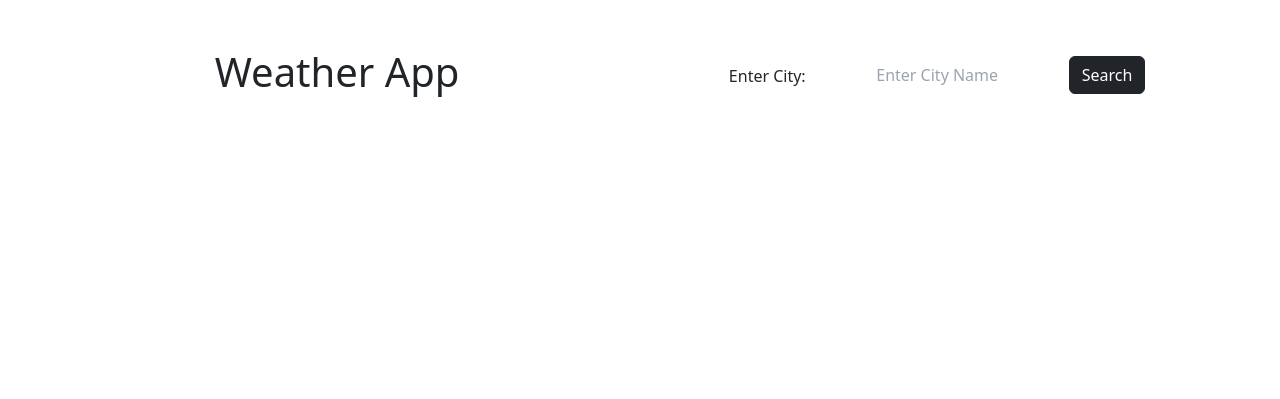
Repository: bhaveshtrades/weatherapp
Page: /
An editor plug-in stored every save of this project. The page is shown before and after the next save, followed by the edit.
The browser window is 1280 px wide. The pictures show the whole page.
The project was rebuilt for these pictures with package versions that can differ from the ones it lists, and the page was loaded fresh each time. Also part of the build but not shown: src/components/DetailedWeather.jsx, src/components/HourlyForecast.jsx.

Above is the page before, as saved 2023-01-25 00:56:25.

### public/index.html
<!DOCTYPE html>
<html lang="en">
  <head>
    <meta charset="utf-8" />
    <link rel="icon" href="%PUBLIC_URL%/favicon.ico" />
    <meta name="viewport" content="width=device-width, initial-scale=1" />
    <meta name="theme-color" content="#000000" />
    <meta
      name="description"
      content="Web site created using create-react-app"
    />
    <link rel="apple-touch-icon" href="%PUBLIC_URL%/logo192.png" />
    <!--
      manifest.json provides metadata used when your web app is installed on a
      user's mobile device or desktop. See https://developers.google.com/web/fundamentals/web-app-manifest/
    -->
    <link rel="manifest" href="%PUBLIC_URL%/manifest.json" />
  </head>

    <!--
      Notice the use of %PUBLIC_URL% in the tags above.
      It will be replaced with the URL of the `public` folder during the build.
      Only files inside the `public` folder can be referenced from the HTML.

      Unlike "/favicon.ico" or "favicon.ico", "%PUBLIC_URL%/favicon.ico" will
      work correctly both with client-side routing and a non-root public URL.
      Learn how to configure a non-root public URL by running `npm run build`.
    -->
    <title>React App</title>
  </head>
  <body>
    <noscript>You need to enable JavaScript to run this app.</noscript>
    <div id="root"></div>
    <!--
      This HTML file is a template.
      If you open it directly in the browser, you will see an empty page.

      You can add webfonts, meta tags, or analytics to this file.
      The build step will place the bundled scripts into the <body> tag.

      To begin the development, run `npm start` or `yarn start`.
      To create a production bundle, use `npm run build` or `yarn build`.
    -->
  </body>
</html>

### src/App.js
import React from 'react';
import CurrentWeather from './components/CurrentWeather';
import './App.css';

function App() {

  return (
    <>
    <CurrentWeather/>
    </>
  );
}

export default App;

### src/components/CurrentWeather.jsx
import React, { useState } from 'react';
import DetailedWeather from './DetailedWeather';
import Navbar from './Navbar';
import HourlyForecast from './HourlyForecast';

function CurrentWeather(){

    const apiKey = process.env.REACT_APP_API_KEY;

    const[city, setCity] = useState();
    const[weatherData, setWeatherData] = useState([]);
    const[hourlyData, setHourlyData] = useState([]);

    let api = `http://api.weatherapi.com/v1/forecast.json?key=${apiKey}&q=${city}`;


    const weekDays = ['Sunday', 'Monday', 'Tuesday', 'Wednesday', 'Thursday', 'Friday', 'Saturday'];
    const months = ["January","February","March","April","May","June","July","August","September","October","November","December"]

     function getWeather(e){
      e.preventDefault();

      fetch(api).then(data => data.json())
      .then((response)=>{
        if(response.hasOwnProperty('location')){
        setWeatherData([response]);
        setHourlyData([response.forecast.forecastday[0].hour]);
        }else{
        setWeatherData([]);
        setHourlyData([]);
        }
      });
     }

     function forecastingData(element, index){
      let correctTime;
      let timeUnit = 'AM';
        if(new Date(`${element.time}`).getHours() === 0){
          correctTime = 12;
        }else if(new Date(`${element.time}`).getHours() === 12){
          correctTime = new Date(`${element.time}`).getHours();
          timeUnit = 'PM';
        }else if(new Date(`${element.time}`).getHours() > 12){
          correctTime = new Date(`${element.time}`).getHours() - 12;
          timeUnit = 'PM';
        }else{
          correctTime = new Date(`${element.time}`).getHours();
        }
        return <HourlyForecast key={index} tempProp={element.temp_c} iconProp={element.condition.icon} timeProp={correctTime+timeUnit}/>
     }

     console.log(new Date().getDate());

     function filteredForecasting(element){
      if(hourlyData[0].length !== 0){
      return new Date(`${element.time}`).getHours() >= new Date().getHours()
      }
    }

  return(
    <>
    <Navbar resultProp={getWeather} cityProp={(e)=>{setCity(e.target.value)}}/>
    {weatherData.length !==0 &&
    <div className='mt-16 w-3/4 ml-52 pl-28 pt-4 h-72 currentWeatherDiv'>
    <div>
    <h2>{weatherData[0].location.name}, {weatherData[0].location.country}</h2>
    <h4>{new Date(`${weatherData[0].current.last_updated}`).getDate()} {months[new Date(`${weatherData[0].current.last_updated}`).getMonth()]}, {weekDays[new Date(`${weatherData[0].current.last_updated}`).getDay()]}</h4>
    </div>
    <div className='flex gap-x-72'>
    <div className='flex gap-x-10 mt-6'>
    <div>
    <img src={`${weatherData[0].current.condition.icon}`} alt='This is a weather Icon'/>
    </div>
    <div>
    <h2>{weatherData[0].current.temp_c}<span>&#176;</span></h2>
    <h4>{weatherData[0].current.condition.text}</h4>
    </div>
    </div>
    <DetailedWeather maxTempProp={weatherData[0].forecast.forecastday[0].day.maxtemp_c} minTempProp={weatherData[0].forecast.forecastday[0].day.mintemp_c} sunriseProp={weatherData[0].forecast.forecastday[0].astro.sunrise} sunsetProp={weatherData[0].forecast.forecastday[0].astro.sunset} windSpeedProp={weatherData[0].current.wind_kph} rainChanceProp={weatherData[0].forecast.forecastday[0].day.daily_chance_of_rain}/>
    </div>
    </div>
    }
    <div className='bg-red-400 w-3/4 ml-52'>
    {hourlyData.length !== 0 && <div className='mt-4 ml-52 w-3/4 h-56 overflow-auto'>
    <h3>Today's Weather</h3>
    {<div className='flex gap-x-12 pt-2'>
    {hourlyData[0].filter(filteredForecasting).map(forecastingData)}
    </div>}
    </div>}
    </div>
    </>
  )
}

export default CurrentWeather;

### src/App.css
*{
  padding: 0;
  margin: 0;
}

body{
  background-color: rgb(75, 75, 167);
}

.currentWeatherDiv{
  background-color: rgb(188, 188, 245);
  border-radius: 14px;
}

### src/components/Navbar.jsx
import React from 'react';

function Navbar({resultProp, cityProp}){

  return (
    <>
    <div className='flex justify-around ml-20 mt-12'>
    <div>
    <h1>Weather App</h1>
    </div>
    <div className='pt-2'>
    <form role="search" onSubmit={resultProp} className='flex gap-x-4'>
        <label htmlFor='cityName' className='pt-2'>Enter City: </label>
        <input type='text' className='text-center' placeholder='Enter City Name' onChange={cityProp}/>
        <button type="submit" className='btn btn-dark' onClick={resultProp}>Search</button>
    </form>
    </div>
    </div>
    </>
  )
}

export default Navbar;

Loaded but not shown: src/index.js (common file); src/index.css (common file); src/reportWebVitals.js (common file); tailwind.config.js (common file)

After the next save:
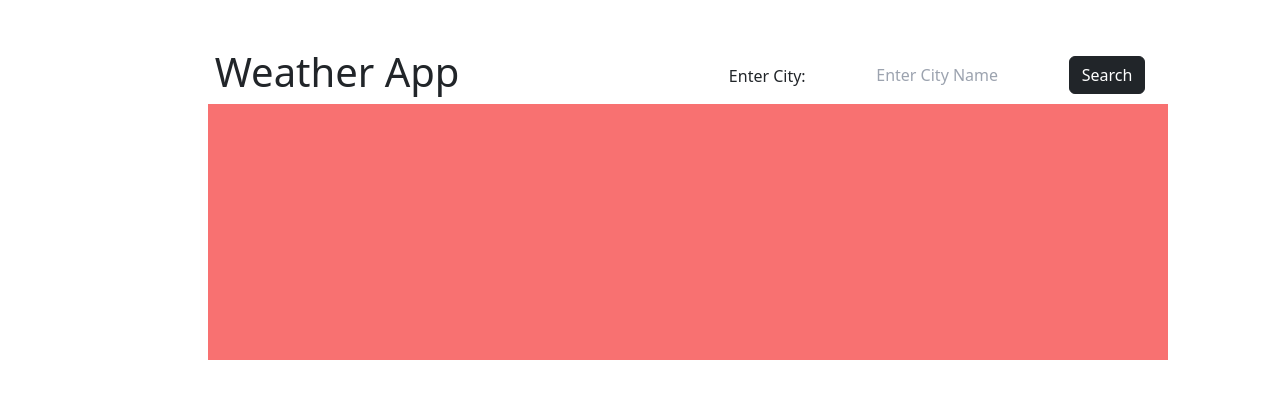
Saved 24 s later.
--- a/src/components/CurrentWeather.jsx
+++ b/src/components/CurrentWeather.jsx
@@ -80,7 +80,7 @@ function CurrentWeather(){
     </div>
     </div>
     }
-    <div className='bg-red-400 w-3/4 ml-52'>
+    <div className='bg-red-400 w-3/4 ml-52 h-64'>
     {hourlyData.length !== 0 && <div className='mt-4 ml-52 w-3/4 h-56 overflow-auto'>
     <h3>Today's Weather</h3>
     {<div className='flex gap-x-12 pt-2'>
